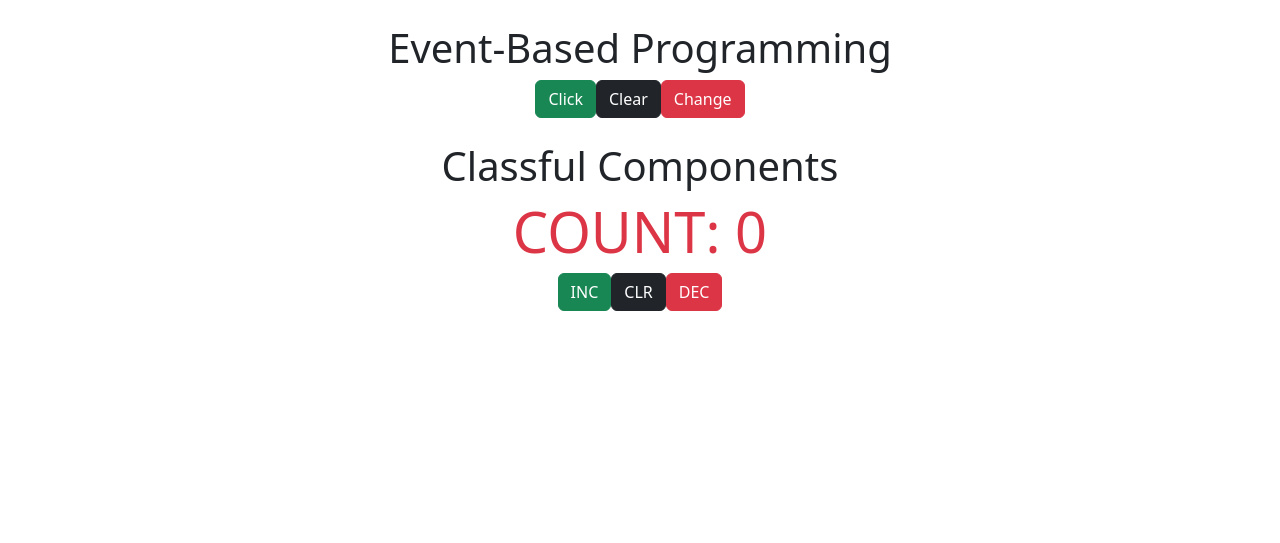
Repository: sedat-akdogan/React_Revision
Page: / (app in sunday/)
The author's editor kept a copy of each file at every save. The page is drawn from the files as they stood at one save, then again after a run of saves.
The browser window is 1280 px wide. The pictures show the whole page.
The project was rebuilt for these pictures with package versions that can differ from the ones it lists, and the page was loaded fresh each time.

Above is the page before, as saved 2023-04-01 02:43:40.

After the next 2 saves:
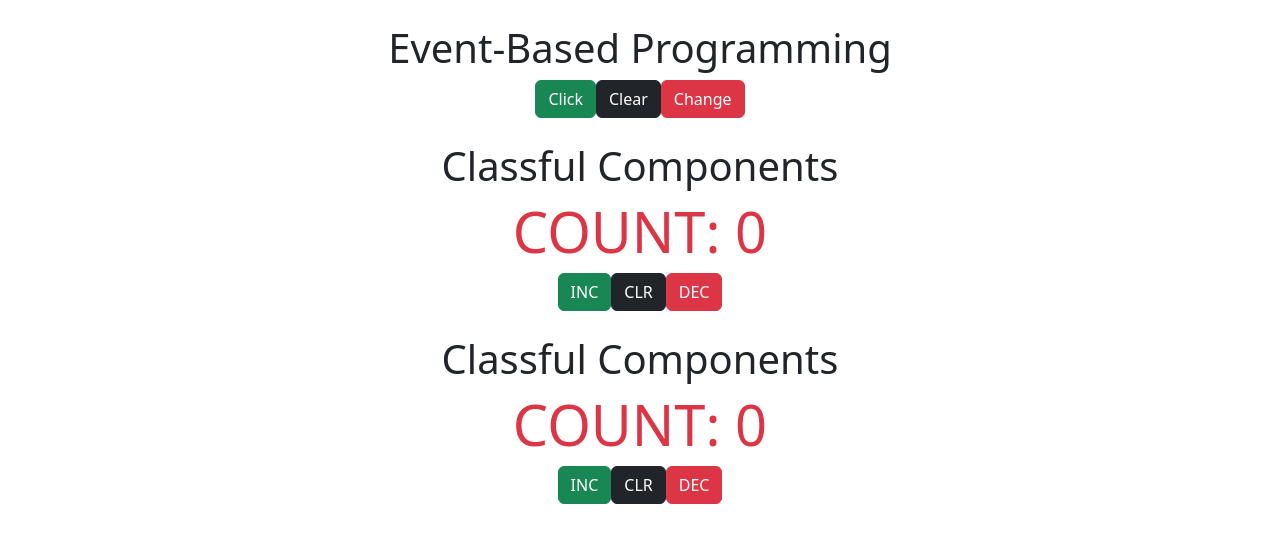
The 2 saves are shown as one change because they came seconds apart.
The last was saved 29 s later.
--- a/sunday/src/App.js
+++ b/sunday/src/App.js
@@ -8,6 +8,7 @@ function App() {
         <div>
             <Events />
             <Counter />
+            <Counter />
         </div>
     );
 }
